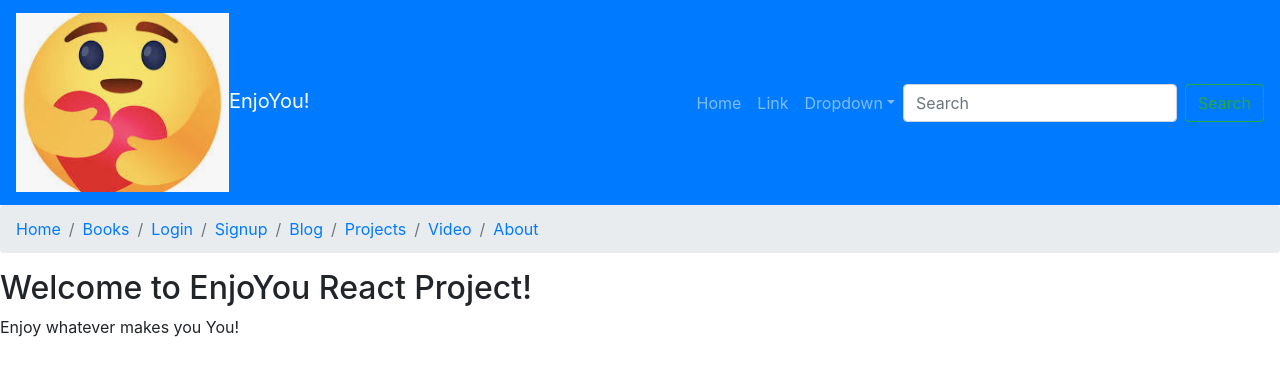
Repository: ebo-arcadia/enjoyou
Page: /home
The author's editor kept a copy of each file at every save. The page is drawn from the files as they stood at one save, then again after the next save.
The browser window is 1280 px wide. The pictures show the whole page.
The project was rebuilt for these pictures with package versions that can differ from the ones it lists, and the page was loaded fresh each time. Also part of the build but not shown: src/components/BooksList.js, src/containers/Login.js, src/containers/signup.js, src/containers/blog.js, src/containers/Projects.js, src/containers/video.js, src/components/About.js.

Above is the page before, as saved 2021-04-20 17:21:53.

After the next save:
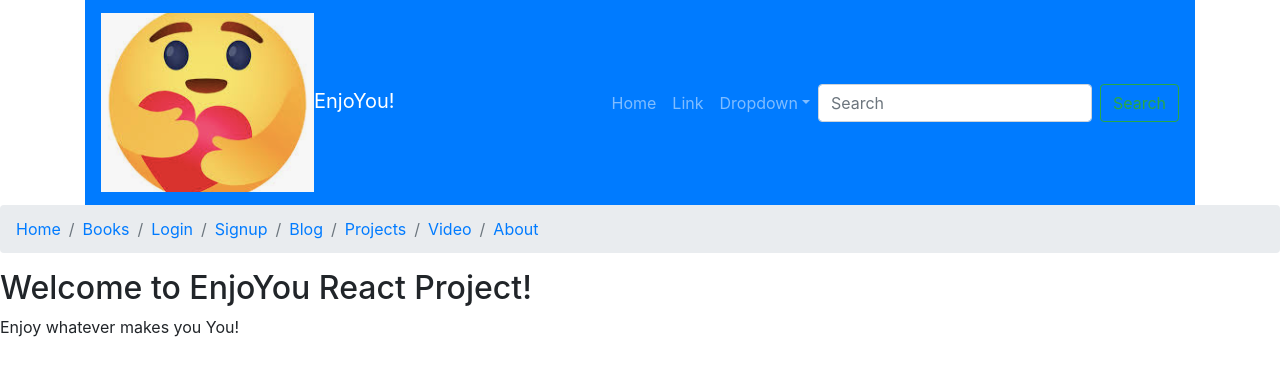
Saved 89 s later.
--- a/src/components/NavigationBar.js
+++ b/src/components/NavigationBar.js
@@ -1,9 +1,10 @@
 import React from 'react';
-import { Navbar, Nav, NavDropdown, Form, FormControl, Button } from 'react-bootstrap';
+import { Container, Navbar, Nav, NavDropdown, Form, FormControl, Button } from 'react-bootstrap';
 import Logo from '../assets/logo.png';
 
 const NavigationBar = () => {
     return (
+      <Container>
         <Navbar bg="primary" expand="lg" variant="dark">
         <Navbar.Brand href="#home"><img src={Logo} className="logo" alt="logo"/>EnjoYou!</Navbar.Brand>
         <Navbar.Toggle aria-controls="basic-navbar-nav" />
@@ -25,6 +26,7 @@
           </Form>
         </Navbar.Collapse>
       </Navbar>
+    </Container>
     )
 }
 

After the save that followed:
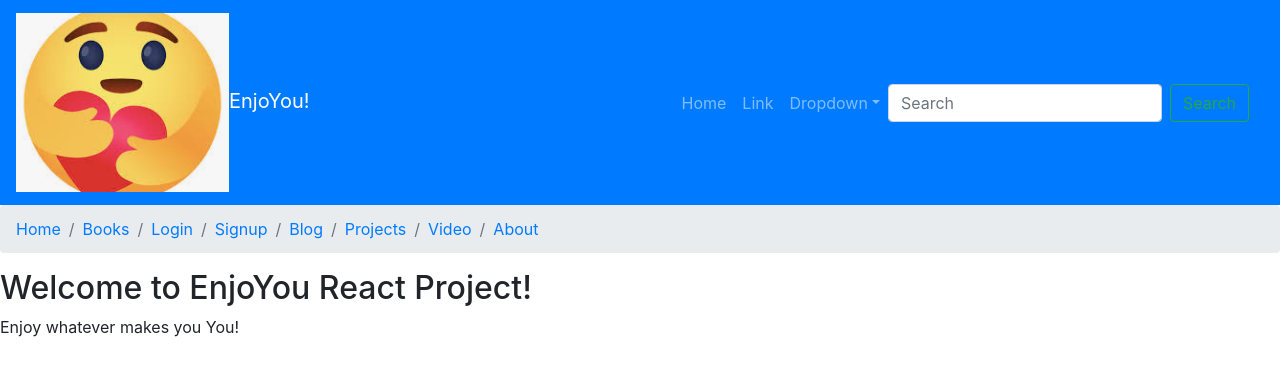
Saved 56 s later.
--- a/src/components/NavigationBar.js
+++ b/src/components/NavigationBar.js
@@ -4,11 +4,11 @@
 
 const NavigationBar = () => {
     return (
-      <Container>
         <Navbar bg="primary" expand="lg" variant="dark">
         <Navbar.Brand href="#home"><img src={Logo} className="logo" alt="logo"/>EnjoYou!</Navbar.Brand>
         <Navbar.Toggle aria-controls="basic-navbar-nav" />
         <Navbar.Collapse id="basic-navbar-nav">
+        <Container>
           <Nav className="ml-auto">
             <Nav.Link href="#home">Home</Nav.Link>
             <Nav.Link href="#link">Link</Nav.Link>
@@ -24,9 +24,9 @@
             <FormControl type="text" placeholder="Search" className="mr-sm-2" />
             <Button variant="outline-success">Search</Button>
           </Form>
+          </Container>
         </Navbar.Collapse>
       </Navbar>
-    </Container>
     )
 }
 
